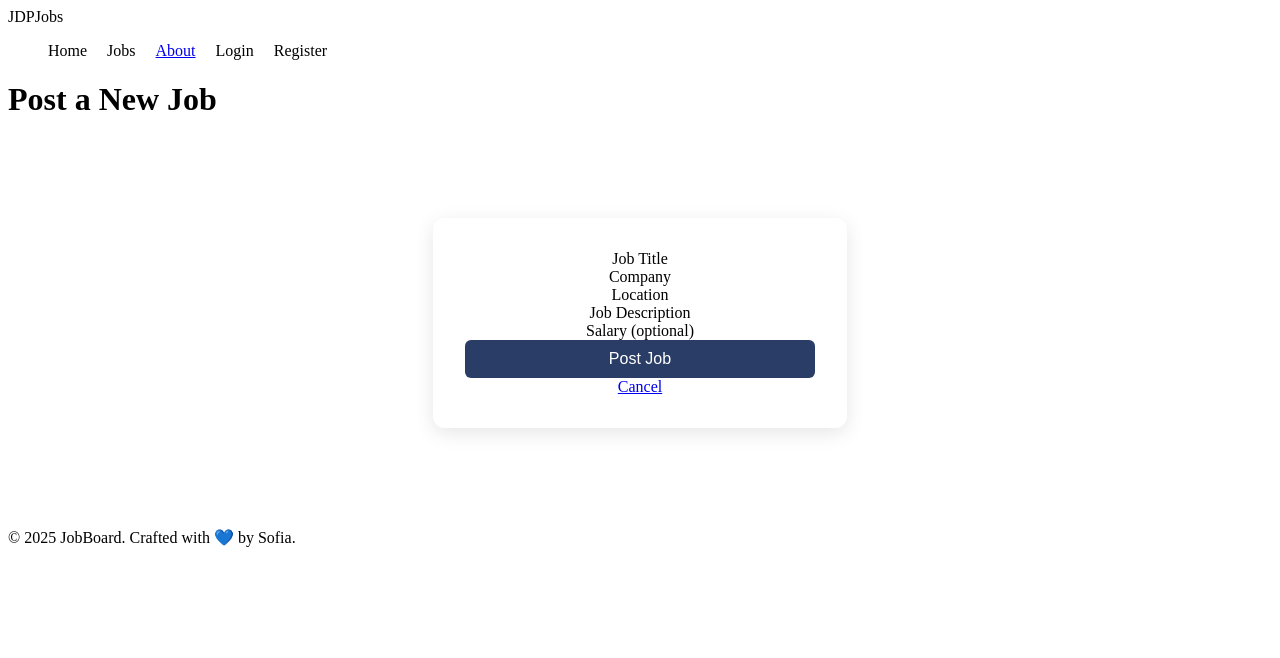
Repository: sofia123776/jobboard
Page: jobs/templates/jobs/post_job.html
The author's editor kept a copy of each file at every save. The page is drawn from the files as they stood at one save, then again after the next save.
The browser window is 1280 px wide. The pictures show the whole page.
The template is drawn by Django 5.2. The application's start-up code is not run. Other server files are loaded and not shown. The template is opened directly, without the code that normally fills it, so the values that code supplies are empty.

Above is the page before, as saved 2025-10-10 13:15:32.

### jobs/templates/jobs/post_job.html
{% load static %}
<!DOCTYPE html>
<html lang="en">
<head>
  <meta charset="UTF-8">
  <meta name="viewport" content="width=device-width, initial-scale=1.0">
  <title>Post a Job | JobBoard</title>
  <link rel="stylesheet" href="{% static 'css/style.css' %}">
</head>
<body>
  <header class="navbar">
    <div class="logo">JDP<span>Jobs</span></div>
    <nav>
      <ul style="list-style:none; display:flex; gap:20px; align-items:center; margin-right:50px;">
        <li><a href="{% url 'home' %}" style="text-decoration:none; color:#000;">Home</a></li>
        <li><a href="{% url 'job_list' %}" style="text-decoration:none; color:#000;">Jobs</a></li>
        <li><a href="#">About</a></li>
        {% if user.is_authenticated %}
          <li><a href="{% url 'logout' %}" style="text-decoration:none; color:#000;">Logout</a></li>
        {% else %}
          <li><a href="{% url 'login' %}" style="text-decoration:none; color:#000;">Login</a></li>
          <li><a href="{% url 'register' %}" style="text-decoration:none; color:#000;">Register</a></li>
        {% endif %}
      </ul>
    </nav>
  </header>

  <div class="container">
    <h1 class="page-title">Post a New Job</h1>

    <div class="form-container">
      <form method="POST" class="job-form">
        {% csrf_token %}

        <div class="form-group">
          <label for="id_title">Job Title</label>
          {{ form.title }}
        </div>

        <div class="form-group">
          <label for="id_company">Company</label>
          {{ form.company }}
        </div>

        <div class="form-group">
          <label for="id_location">Location</label>
          {{ form.location }}
        </div>

        <div class="form-group">
          <label for="id_description">Job Description</label>
          {{ form.description }}
        </div>

        <div class="form-group">
          <label for="id_salary">Salary (optional)</label>
          {{ form.salary }}
        </div>

        <div class="form-actions">
          <button type="submit" class="btn btn-primary">Post Job</button>
          <a href="{% url 'job_list' %}" class="btn btn-outline">Cancel</a>
        </div>
      </form>
    </div>
  </div>

  <footer>
    <p>© 2025 JobBoard. Crafted with 💙 by Sofia.</p>
  </footer>
</body>
</html>

### accounts/static/css/style.css
.form-container {
    width: 350px;
    margin: 100px auto;
    background: rgba(255, 255, 255, 0.9);
    padding: 2rem;
    border-radius: 12px;
    box-shadow: 0 5px 20px rgba(0,0,0,0.1);
    text-align: center;
}

.form-container h2 {
    margin-bottom: 1rem;
    color: #2a3d66;
}

.form-container input {
    width: 90%;
    padding: 10px;
    margin: 8px 0;
    border: 1px solid #ddd;
    border-radius: 6px;
    font-size: 15px;
}

.form-container button {
    width: 100%;
    background-color: #2a3d66;
    color: white;
    border: none;
    padding: 10px;
    border-radius: 6px;
    font-size: 16px;
    cursor: pointer;
    transition: 0.3s;
}

.form-container button:hover {
    background-color: #1c294d;
}

After the next save:
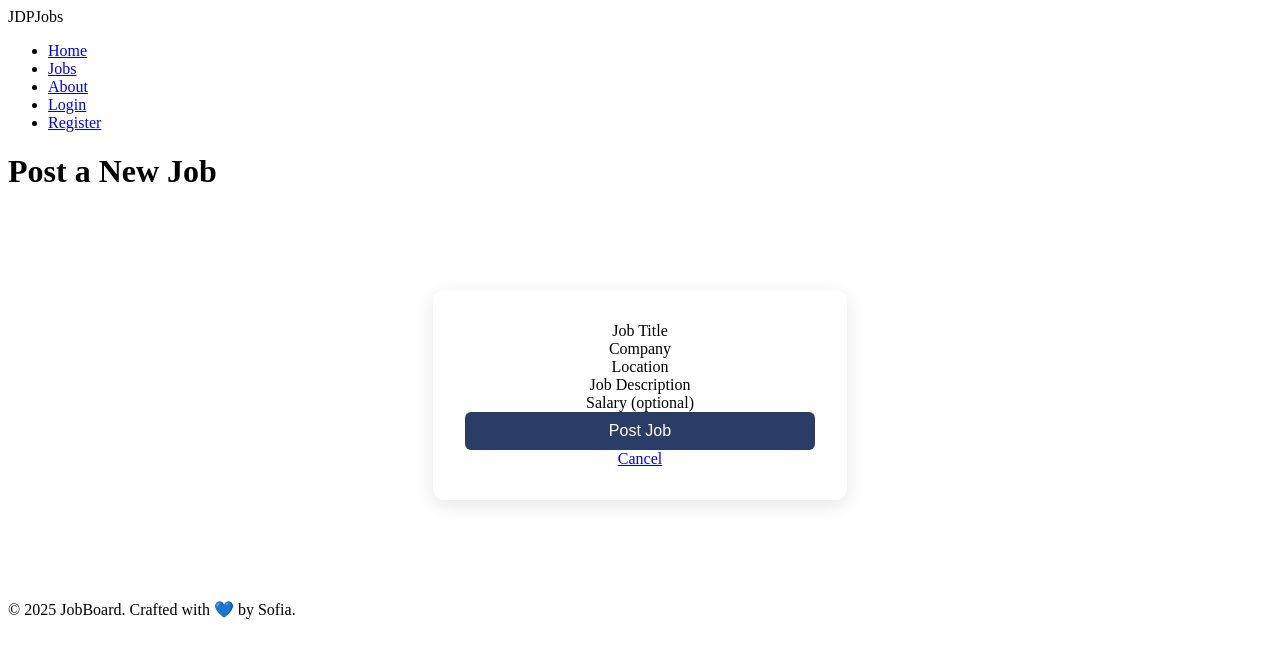
Saved 35 s later.
--- a/jobs/templates/jobs/post_job.html
+++ b/jobs/templates/jobs/post_job.html
@@ -11,15 +11,15 @@
   <header class="navbar">
     <div class="logo">JDP<span>Jobs</span></div>
     <nav>
-      <ul style="list-style:none; display:flex; gap:20px; align-items:center; margin-right:50px;">
-        <li><a href="{% url 'home' %}" style="text-decoration:none; color:#000;">Home</a></li>
-        <li><a href="{% url 'job_list' %}" style="text-decoration:none; color:#000;">Jobs</a></li>
+      <ul>
+        <li><a href="{% url 'home' %}">Home</a></li>
+        <li><a href="{% url 'job_list' %}">Jobs</a></li>
         <li><a href="#">About</a></li>
         {% if user.is_authenticated %}
-          <li><a href="{% url 'logout' %}" style="text-decoration:none; color:#000;">Logout</a></li>
+          <li><a href="{% url 'logout' %}">Logout</a></li>
         {% else %}
-          <li><a href="{% url 'login' %}" style="text-decoration:none; color:#000;">Login</a></li>
-          <li><a href="{% url 'register' %}" style="text-decoration:none; color:#000;">Register</a></li>
+          <li><a href="{% url 'login' %}">Login</a></li>
+          <li><a href="{% url 'register' %}">Register</a></li>
         {% endif %}
       </ul>
     </nav>
@@ -59,7 +59,7 @@
 
         <div class="form-actions">
           <button type="submit" class="btn btn-primary">Post Job</button>
-          <a href="{% url 'job_list' %}" class="btn btn-outline">Cancel</a>
+          <a href="{% url 'job_list' %}" class="btn btn-outline-primary">Cancel</a>
         </div>
       </form>
     </div>
